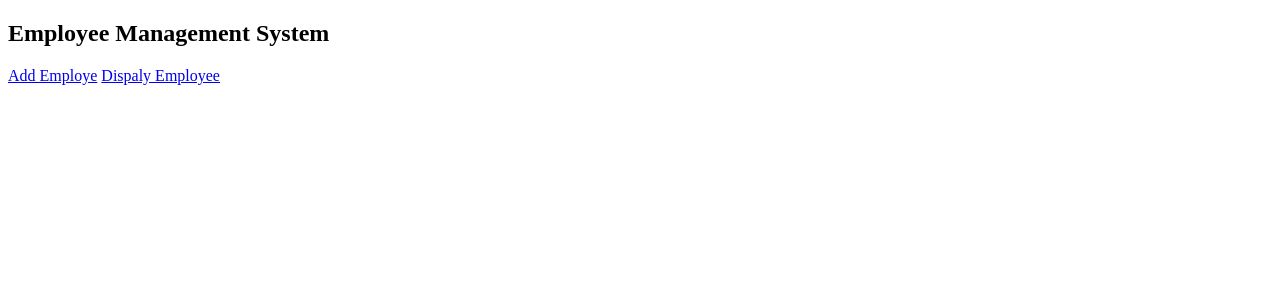
Repository: balinenibhanuprakash444/projects-All-Phases
Page: http://localhost/SpringBootWithJSPAndJPA/
An editor plug-in stored every save of this project. The page is shown before and after the next save, followed by the edit.
The browser window is 1280 px wide. The pictures show the whole page.
The page is served by Tomcat 9. Other server files are loaded and not shown.

Above is the page before, as saved 2022-03-25 05:07:21.

### SpringFrameWorks/SpringBootWithJSPAndJPA/src/main/webapp/index.jsp
<%@ page language="java" contentType="text/html; charset=ISO-8859-1"
    pageEncoding="ISO-8859-1"%>
<!DOCTYPE html>
<html>
<head>
<meta charset="ISO-8859-1">
<title>Insert title here</title>
</head>
<body>
<h2>Employee Management System</h2>
<a href="addEmployee.jsp">Add Employe</a>
<a href="dispalyEmployee">Dispaly Employee</a>
</body>
</html>

After the next save:
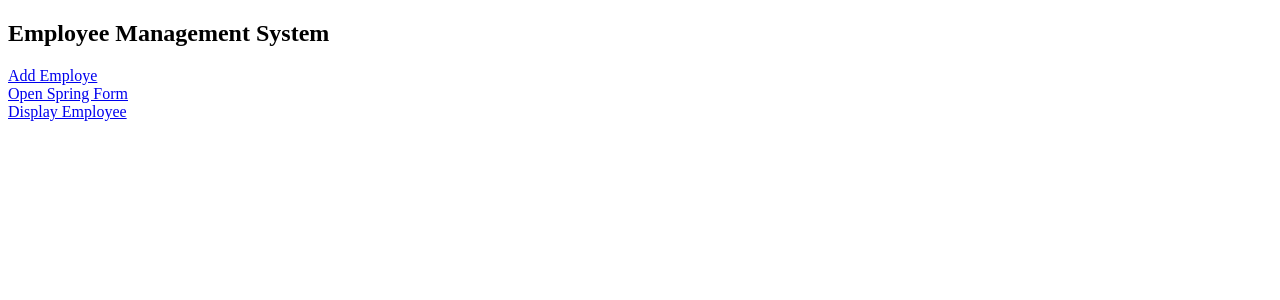
Saved 2 min 3 s later.
--- a/SpringFrameWorks/SpringBootWithJSPAndJPA/src/main/webapp/index.jsp
+++ b/SpringFrameWorks/SpringBootWithJSPAndJPA/src/main/webapp/index.jsp
@@ -8,7 +8,8 @@
 </head>
 <body>
 <h2>Employee Management System</h2>
-<a href="addEmployee.jsp">Add Employe</a>
-<a href="dispalyEmployee">Dispaly Employee</a>
+<a href="addEmployee.jsp">Add Employe</a><br/>
+<a href="openSpringForm">Open Spring Form</a><br/>
+<a href="displayEmployee">Display Employee</a><br/>
 </body>
 </html>
